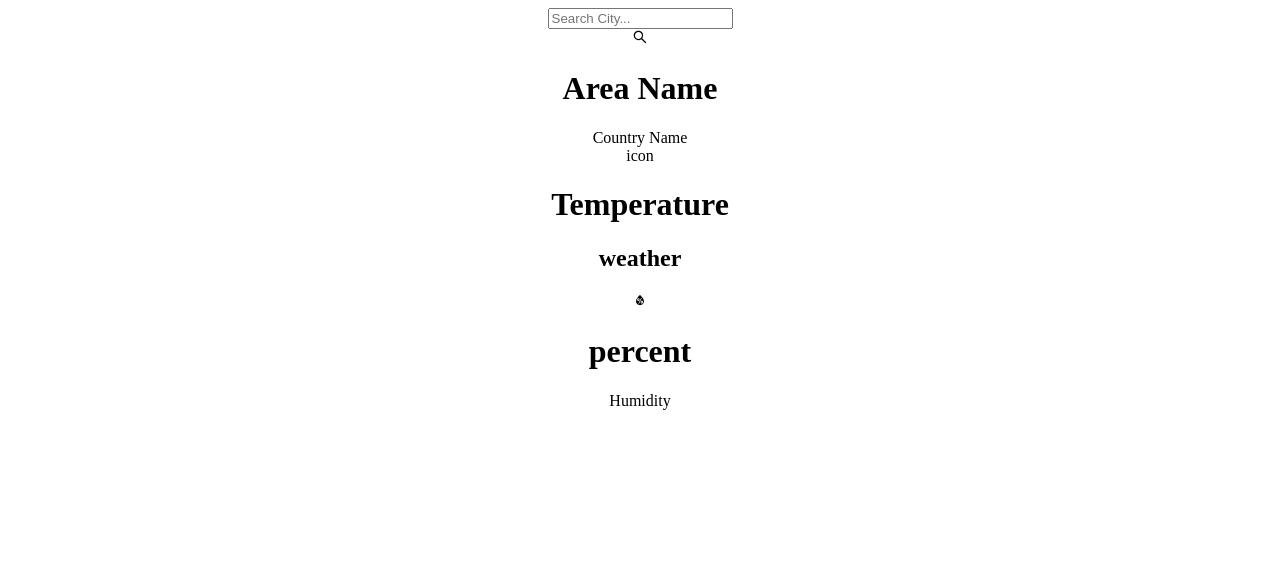
Repository: vaishnavik94/WeatherAPP
Page: /
An editor plug-in stored every save of this project. The page is shown before and after the next save, followed by the edit.
The browser window is 1280 px wide. The pictures show the whole page.
The project was rebuilt for these pictures with package versions that can differ from the ones it lists, and the page was loaded fresh each time.

Above is the page before, as saved 2024-04-15 17:36:11.

After the next save:
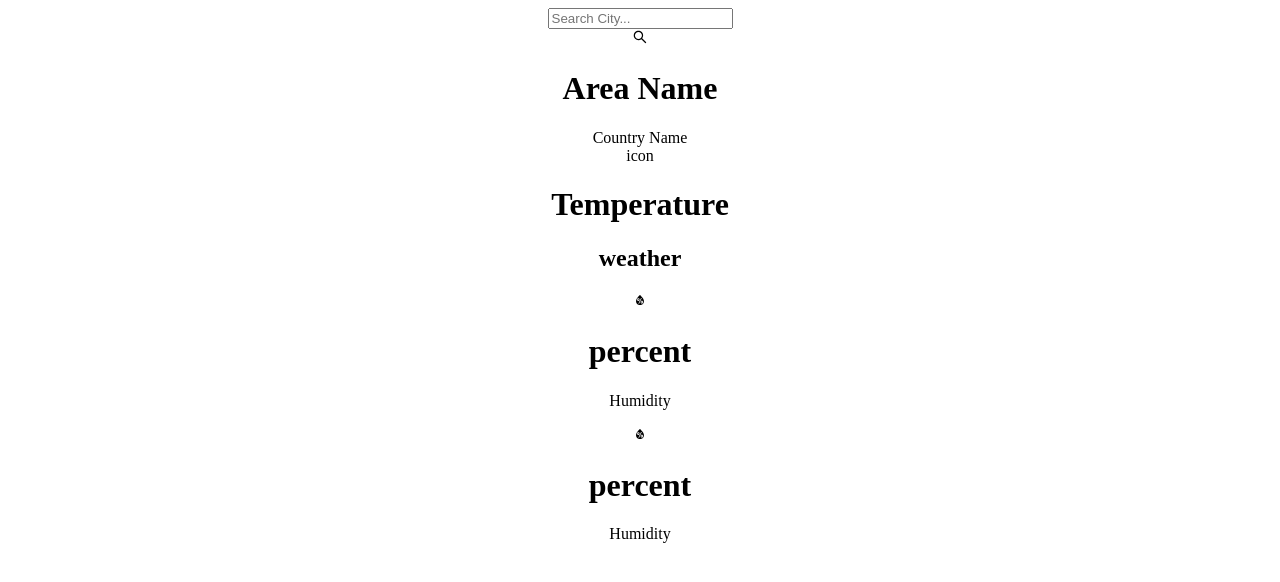
Saved 3 min 5 s later.
--- a/src/components/DisplayWeather.tsx
+++ b/src/components/DisplayWeather.tsx
@@ -2,6 +2,8 @@ import React from 'react'
 import {MainWrapper} from './styles.module'
 import { AiOutlineSearch } from "react-icons/ai";
 import { WiHumidity } from "react-icons/wi";
+import { BiWind } from "react-icons/bi";
+
 
 const DisplayWeather = () => {
   return (
@@ -35,6 +37,14 @@ const DisplayWeather = () => {
                     </div>
                 </div>
 
+                <div className="windLevel">
+                    <WiHumidity className='windIcon'/>
+                    <div className="windInfo">
+                        <h1>percent</h1>
+                        <p>Humidity</p>
+                    </div>
+                </div>
+
             </div>
         </div>
 
